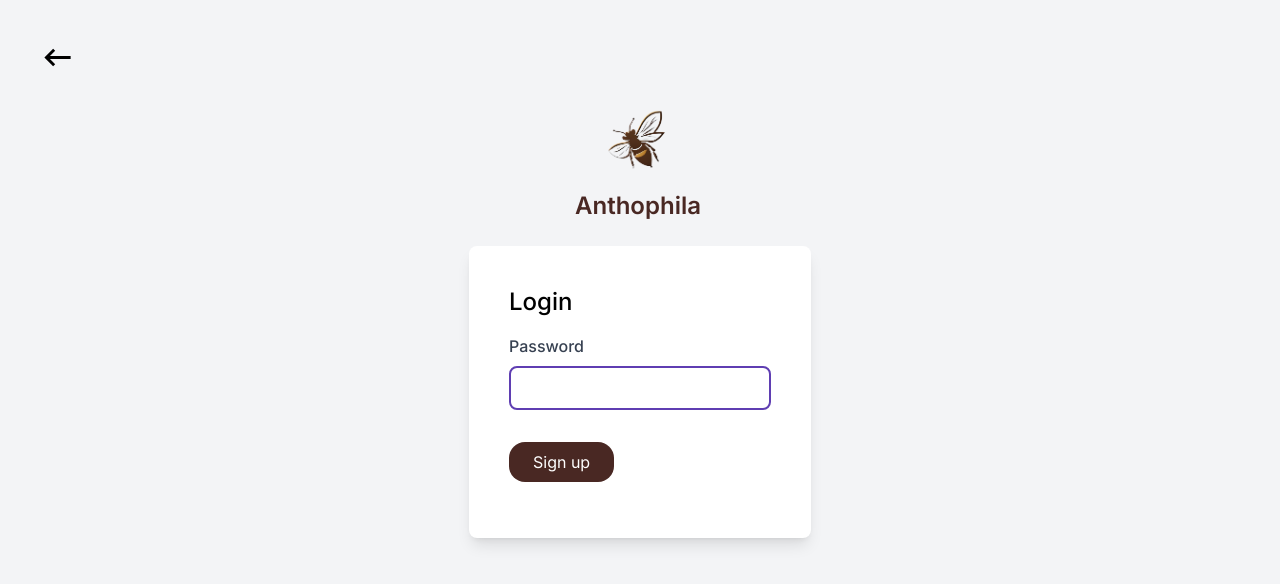
Repository: marcusdashe/anthophila
Page: /signin
These files come from the project's save history. The page is drawn as it stood at one moment and after the next save; the edit follows.
The browser window is 1280 px wide. The pictures show the whole page.
The project was rebuilt for these pictures with package versions that can differ from the ones it lists, and the page was loaded fresh each time. The framework's server and built-in components were replaced by stand-ins that run in the browser. Also part of the build but not shown: next.config.js.

Above is the page before, as saved 2023-03-01 23:50:31.

After the next save:
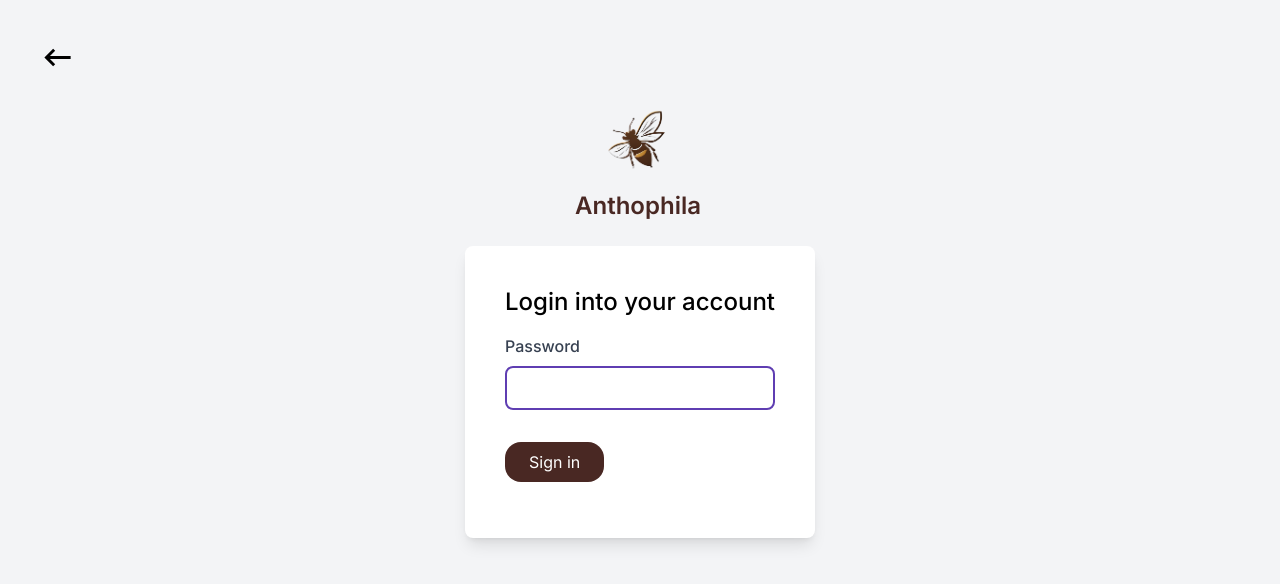
Saved 78 s later.
--- a/pages/signin.js
+++ b/pages/signin.js
@@ -43,7 +43,7 @@ const Signin = () => {
                 </span>
       </div>
     <div className="bg-white p-10 rounded-lg shadow-lg">
-      <h1 className="text-2xl font-medium mb-4">Login</h1>
+      <h1 className="text-2xl font-medium mb-4">Login into your account</h1>
       <form>
 
         <div className="mb-4">
@@ -51,7 +51,7 @@ const Signin = () => {
           <input type="password" id="password" name="password" className="border-[#5F3EB2] border-2 rounded-lg py-2 px-3 w-full" />
         </div>
 
-        <button onClick = {connectWalletHandler} className="bg-[#492823] w-150 text-white my-4 py-2 px-6 rounded-2xl md:mr-3 ml-0 hover:bg-[#D5D0ED] hover:text-[#492823] duration-500 hover:scale-110 duration-500  snm:mr-3">Sign up</button>
+        <button onClick = {connectWalletHandler} className="bg-[#492823] w-150 text-white my-4 py-2 px-6 rounded-2xl md:mr-3 ml-0 hover:bg-[#D5D0ED] hover:text-[#492823] duration-500 hover:scale-110 duration-500  snm:mr-3">Sign in</button>
       </form>
 
     </div>
